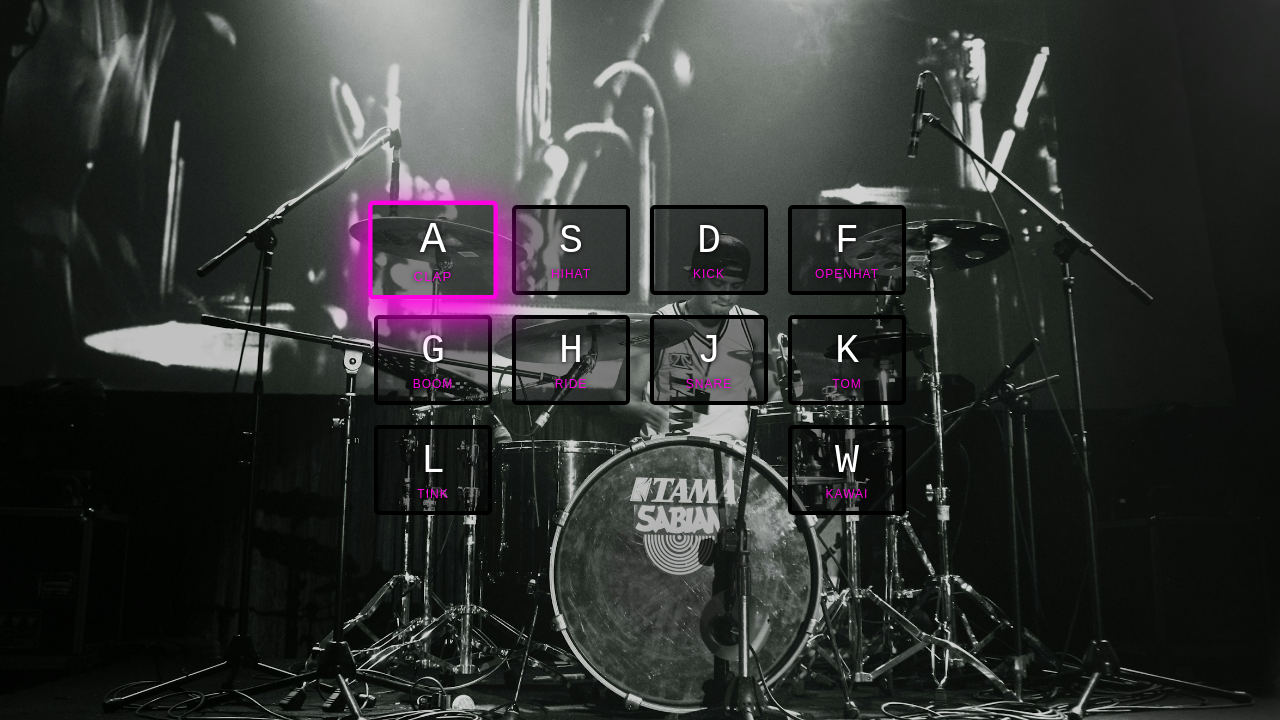
Repository: Freezler/drumkitJS
Page: index-START.html
An editor plug-in stored every save of this project. The page is shown before and after the next save, followed by the edit.
The browser window is 1280 px wide. The pictures show the whole page.
After loading, the first visible `div.key` was clicked once.

Above is the page before, as saved 2024-08-23 08:15:53.

After the next save:
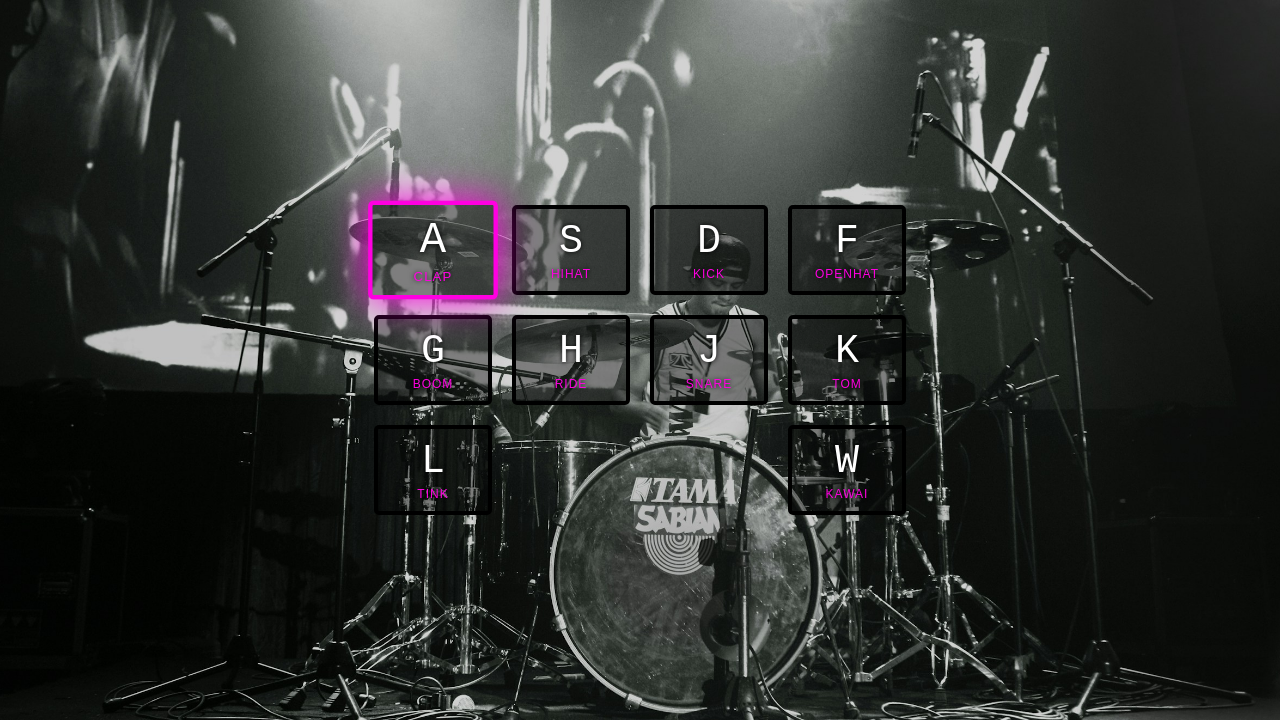
Saved 14 s later.
--- a/style.css
+++ b/style.css
@@ -87,7 +87,7 @@ main {
 .playing {
   transform: scale(1.1);
   border-color: #ff00e1;
-  box-shadow: 0 12px 34px 5px#ff00e1;
+  box-shadow: 0 0px 34px 0px#ff00e1;
 }
 
 kbd {
